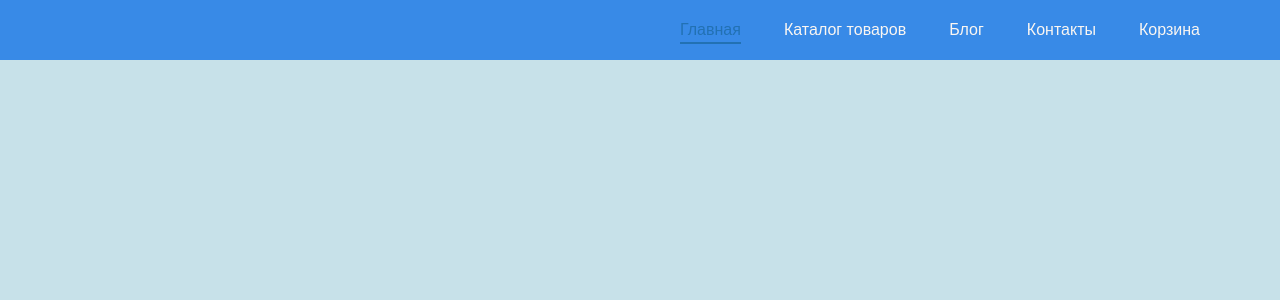
Repository: mnats725/art-drop
Page: index.html
The author's editor kept a copy of each file at every save. The page is drawn from the files as they stood at one save, then again after the next save.
The browser window is 1280 px wide. The pictures show the whole page.

Above is the page before, as saved 2024-05-20 20:09:08.

### index.html
<!DOCTYPE html>
<html lang="en">
<head>
    <meta charset="UTF-8">
    <meta http-equiv="X-UA-Compatible" content="IE=edge">
    <meta name="viewport" content="width=device-width, initial-scale=1.0">
    <title>ArtDrop</title>
    <link rel="stylesheet" href="./css/style.css">
</head>
<body>
    <div class="wrapper">
        <header class="header">
            <!-- Шапка -->
            <div class="logo">
                <img src="./assets/img/logo.svg" alt="ArtDrop Logo">
            </div>
            <!-- Меню сайта -->
            <nav class="nav">
                <ul>
                    <li class="active">Главная</li>
                    <li>Каталог товаров</li>
                    <li>Блог</li>
                    <li>Контакты</li>
                    <li>Корзина</li>
                </ul>
            </nav>
            <!-- Иконка бургерменю -->
            <div class="burger">
                <span></span>
            </div>
        </header>
    </div>
    <script>
        document.querySelector('.burger').addEventListener('click', function() {
            this.classList.toggle('active');
            document.querySelector('.nav').classList.toggle('open');
        })
    </script>
</body>
</html>

### css/style.css
html, body {
    height: 100%;
    width: 100%;
    margin: 0;
    padding: 0;
}

body {
    display: flex;
    flex-direction: column;
    font-family: Arial, "Helvetica Neue", Helvetica, sans-serif;
    background-color: #c7e1e9; /* светло-синий фон */
}

*{
    padding: 0;
    margin: 0;
    box-sizing: border-box;
}

.wrapper{
    flex-grow: 1;
}

.open{
    display: flex !important;
}

.header {
    display: flex;
    align-items: center;
    justify-content: space-between;
    min-height: 60px;
    background-color: #388ae7;
    color: #FAF6F2;
    padding: 0 40px;
}

.nav {
    display: flex;
    width: 600px;
    padding: 0 40px;
}

.nav ul {
    width: 100%;
    list-style: none;
    display: flex;
    justify-content: space-between;
}

.nav ul li {
    position: relative; /* Добавим позиционирование для создания эффекта */
    cursor: pointer; /* Указатель при наведении для обозначения активного элемента */
    transition: color 0.3s ease; /* Анимация при наведении */
}

.nav ul li::after {
    content: '';
    position: absolute;
    bottom: -5px;
    left: 0;
    width: 0; /* Начальное значение нулевой ширины */
    height: 2px;
    background-color: #2271B3; /* Цвет линии */
    transition: width 0.3s ease; /* Анимация изменения ширины */
}

.nav ul li:hover::after {
    width: 100%; /* Увеличиваем ширину линии при наведении */
}

.nav ul li:hover,
.nav ul li.active { /* Изменение цвета текста при наведении и активном состоянии */
    color: #2271B3; /* Цвет текста при наведении и активном состоянии */
}

.nav ul li.active::after {
    content: '';
    position: absolute;
    bottom: -5px;
    left: 0;
    width: 100%;
    height: 2px;
    background-color: #2271B3; /* Цвет подчеркивания активного элемента */
}

.burger{
    display: none;
    position: relative;
    z-index: 50;
    align-items: center;
    justify-content: flex-end;
    width: 30px;
    height: 18px;
}

.burger span{
    height: 2px;
    width: 80%;
    transform: scale(1);
    background-color: #FAF6F2;
}

.burger::before, .burger::after{
    content: '';
    position: absolute;
    height: 2px;
    width: 100%;
    background-color: #FAF6F2;
    transition: all 0.3s ease 0s;
}

.burger::before { top: 0 }

.burger::after { bottom: 0 }


/* Добавляем класс active для анимации иконки бургера */
.burger.active span { transform: scale(0) }

.burger.active::before{
    top: 50%;
    transform: rotate(-45deg) translate(0, -50%);
}

.burger.active::after{
    bottom: 50%;
    transform: rotate(45deg) translate(0, 50%);
}


/* При разрешении экрана 900px и ниже, выводим на экран иконку бургера */
@media (max-width: 900px) {

    .burger { display: flex }

    .nav{
        display: none;
        flex-direction: column;
        position: fixed;
        height: 100%;
        width: 100%;
        top: 0; bottom: 0; left: 0; right: 0;
        z-index: 50;
        overflow-y: auto;
        padding: 50px 40px;
        background-color: #388ae7;
        animation: burgerAnimation 0.4s;
    }

    .nav ul{
        flex-direction: column;
        row-gap: 30px;
    }


}

@keyframes burgerAnimation {
    from {opacity: 0}
    to {opacity: 1}
}

After the next save:
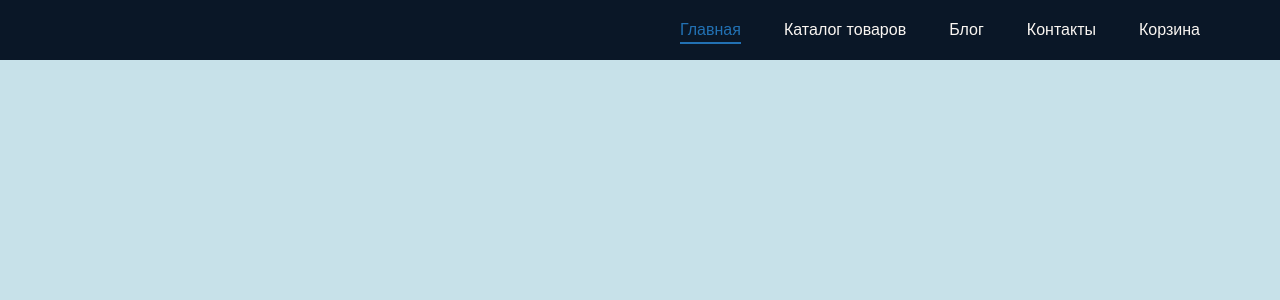
Saved 7 min 3 s later.
--- a/css/style.css
+++ b/css/style.css
@@ -31,7 +31,7 @@
     align-items: center;
     justify-content: space-between;
     min-height: 60px;
-    background-color: #388ae7;
+    background-color: #0a1727;
     color: #FAF6F2;
     padding: 0 40px;
 }

After the save that followed:
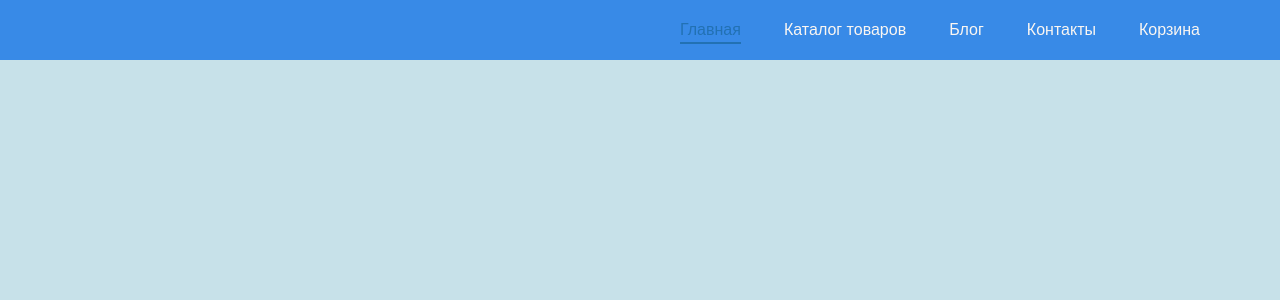
Saved 5 s later.
--- a/css/style.css
+++ b/css/style.css
@@ -31,7 +31,7 @@
     align-items: center;
     justify-content: space-between;
     min-height: 60px;
-    background-color: #0a1727;
+    background-color: #388ae7;
     color: #FAF6F2;
     padding: 0 40px;
 }
